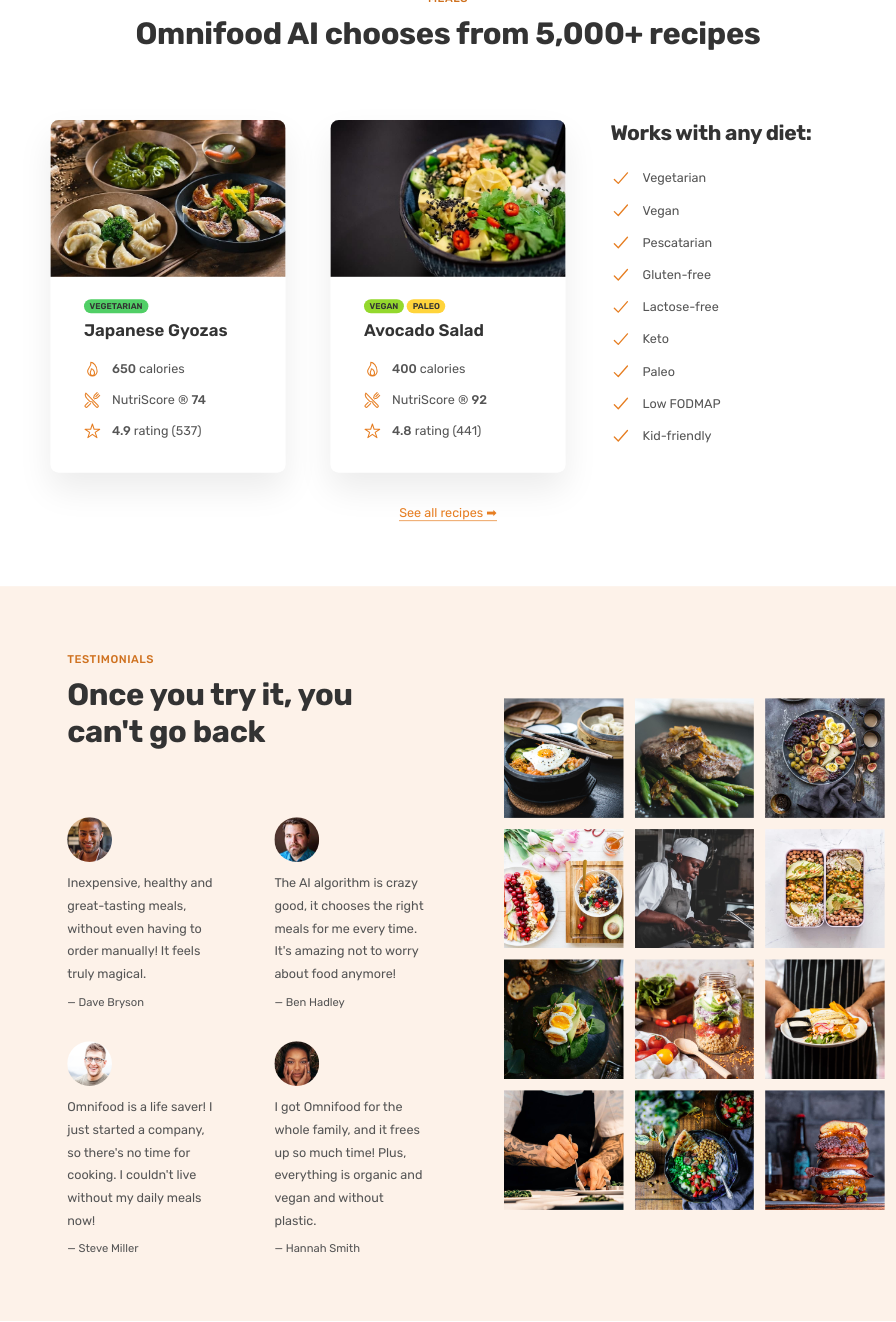
Repository: TranPhucThinh/Omnifood
Page: index.html
The author's editor kept a copy of each file at every save. The page is drawn from the files as they stood at one save, then again after the next save.
The browser window is 1280 px wide. The pictures show the part of the page from y = 2758 to 4678 px (the page is 4646 px tall before and 4678 px after), at 70% of full size.

Above is the page before, as saved 2022-08-06 22:07:16.

After the next save:
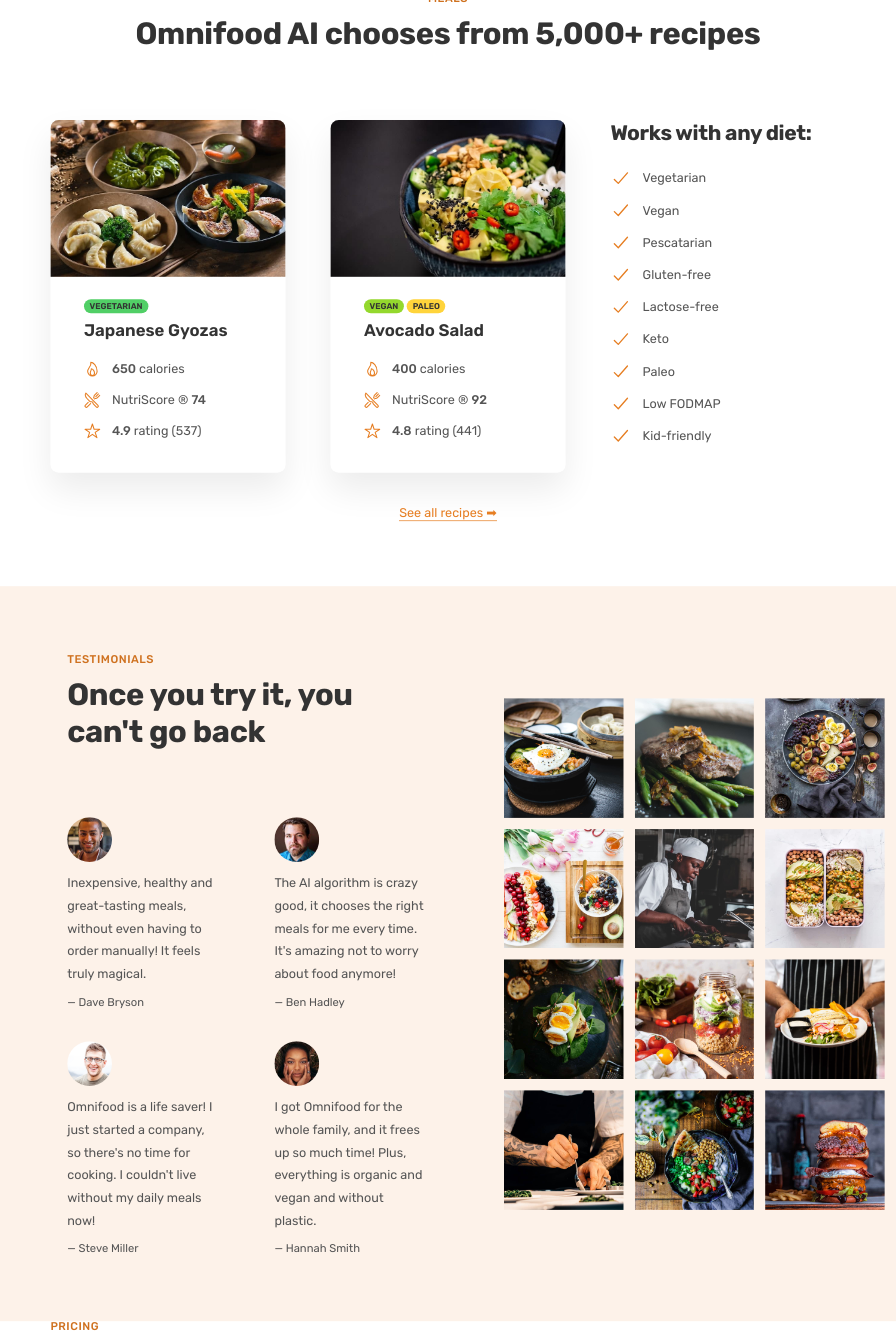
Saved 5 min 31 s later.
--- a/index.html
+++ b/index.html
@@ -245,7 +245,7 @@
     <div class="section-testimonials">
         <div class="testimonials-container">
             <div class="subheading">testimonials</div>
-            <div class="heading-secondary">Once you try it, you can't go back</div>
+            <h2 class="heading-secondary">Once you try it, you can't go back</h2>
             <div class="testimonials">
                 <div class="testimonial">
                     <img src="./assets/imgs/customers/dave.jpg" alt="Photo of customer Dave Bryson"
@@ -318,6 +318,15 @@
     </div>
     <!-- End of SECTION TESTIMONIALS -->
 
+    <!-- SECTION PRICING -->
+    <div class="section-pricing">
+        <div class="container">
+            <p class="subheading">pricing</p>
+
+        </div>
+    </div>
+    <!-- End of SECTION PRICING -->
+
     <script type="module" src="https://unpkg.com/ionicons@5.5.2/dist/ionicons/ionicons.esm.js"></script>
     <script nomodule src="https://unpkg.com/ionicons@5.5.2/dist/ionicons/ionicons.js"></script>
 </body>
